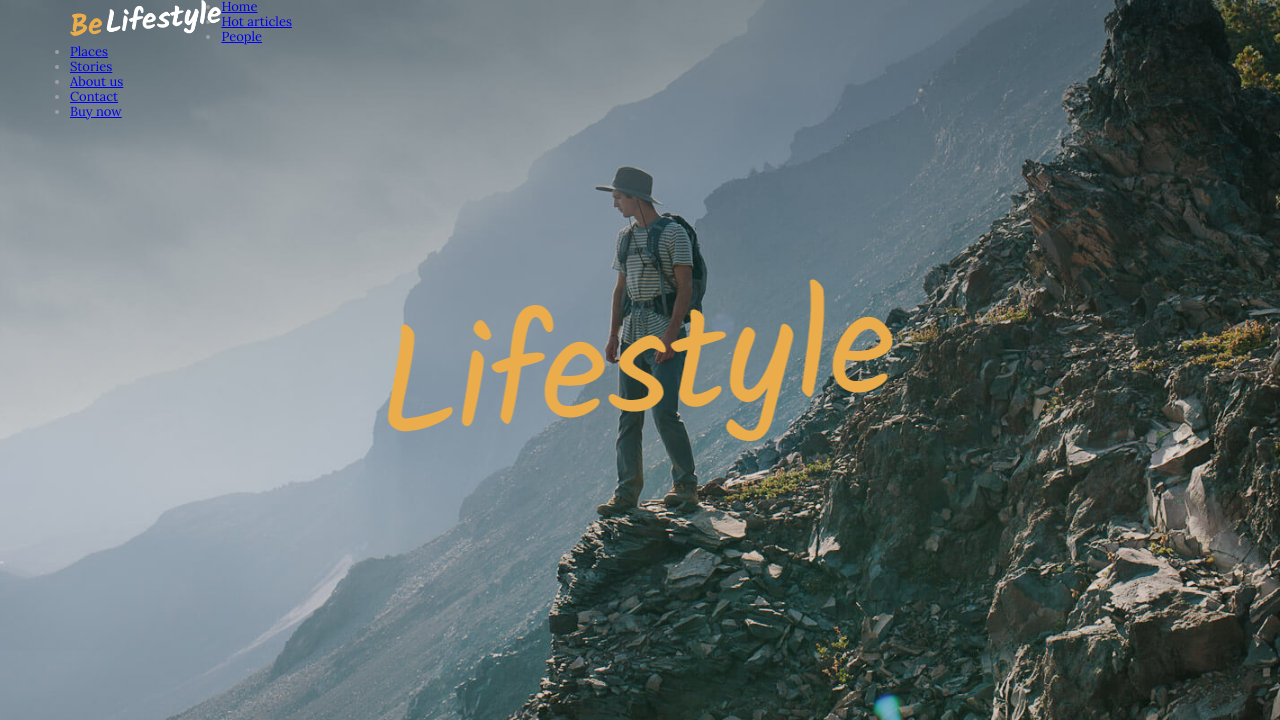
Repository: MalgorzataMazur/BeLife
Page: index.html
These files come from the project's save history. The page is drawn as it stood at one moment and after the next save; the edit follows.
The browser window is 1280 px wide. The pictures show the whole page.

Above is the page before, as saved 2019-10-30 11:27:15.

### index.html
<!DOCTYPE html>
<html lang="en-US">
<head>
    <link rel="stylesheet" href="vendors/css/normalize.css">
    <link rel="stylesheet" href="vendors/css/grid.css">
    <link rel="stylesheet" type="text/css" href="resources/css/style.css">
    <link href="https://fonts.googleapis.com/css?family=Lora:400,400i,700,700i&display=swap" rel="stylesheet">
    <title>BeLifestyle</title>
    <meta charset="UTF-8">
    <meta name="viewport" content="width=device-width, initial-scale=1.0">
    <meta http-equiv="X-UA-Compatible" content="ie=edge">
    <title>Document</title>
</head>
<body>
    <header>
        <nav>
            <div class="row">
                <img src="resources/img/retina-lifestyle.png" alt="BeLifestyle logo" class="logo">
                <ul class="main-nav">
                    <li><a href="#">Home</a></li>
                    <li><a href="#">Hot articles</a></li>
                    <li><a href="#">People</a></li>
                    <li><a href="#">Places</a></li>
                    <li><a href="#">Stories</a></li>
                    <li><a href="#">About us</a></li>
                    <li><a href="#">Contact</a></li>
                    <li><a href="#">Buy now</a></li>

                </ul>

            </div>
        </nav>
        <div class="hero-logo-box">
            <h1><img src="resources/css/img/home_lifestyle_slogan.png"></h1>
        </div>

    </header>



</body>
</html>

### resources/css/style.css
/* ---------BASIC SETUP---------- */
* {
    margin: 0;
    padding: 0;
    box-sizing: border-box;
}

html {
    color: #9d9fa0;
    font-family: "Lora", Arial, Tahoma, sans-serif;
    font-weight: 400;
    font-size: 13px;

}

/* ---------REAUSABLE COMPONENTS---------- */
.row {
    max-width: 1140px;
    margin: 0 auto;
}

/* ---------HEADINGS---------- */
h1 {
    margin: 0;
    position: absolute;
    left: 50%;
    top: 50%;
    transform: translate(-50%,-50%);
    width: 505px;
    height: 162px;

}

/* ---------HEADER---------- */
header {
    background-image:  url(img/home_lifestyle_blog_sectionbg1.jpg);
    background-size: cover;
    background-position: center;
    height: 100vh;
}

.hero-logo-box {
    width: 1140px;
}

.logo {
    height: 36px;
    width: auto;
    float: left;
}

Loaded but not shown: vendors/css/normalize.css (library); vendors/css/grid.css (library)

After the next save:
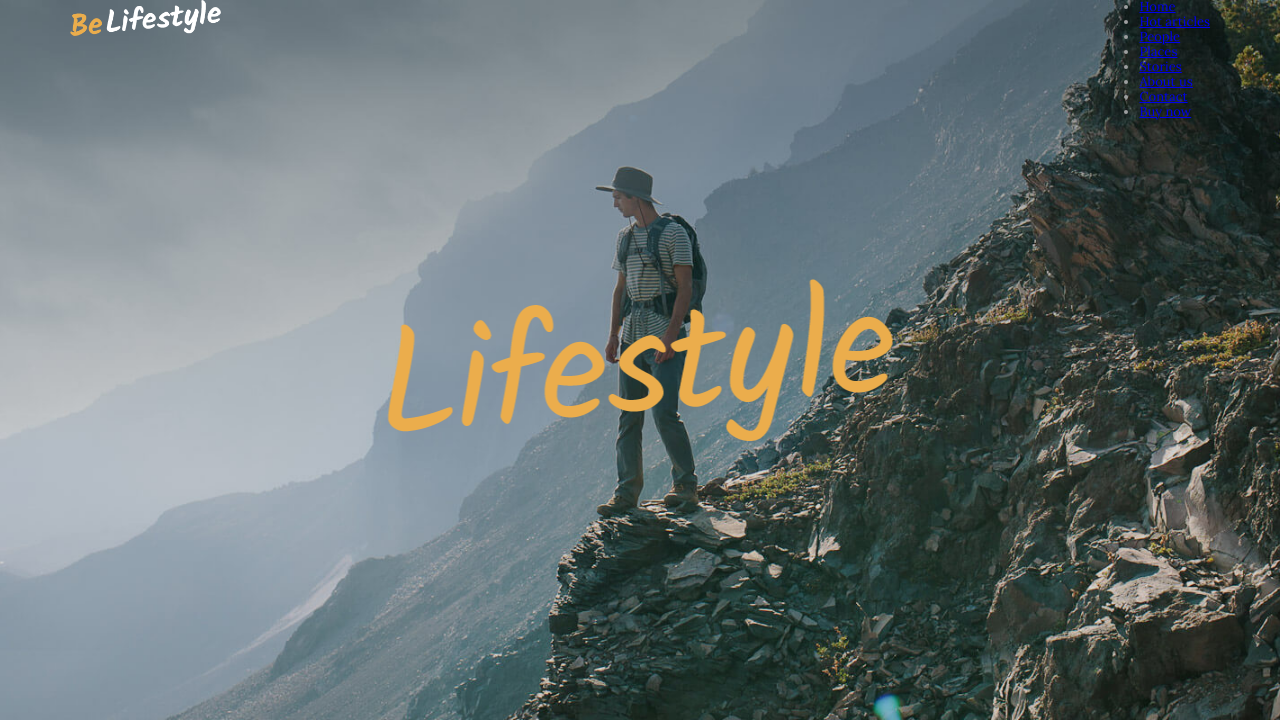
Saved 76 s later.
--- a/resources/css/style.css
+++ b/resources/css/style.css
@@ -48,3 +48,8 @@ header {
     width: auto;
     float: left;
 }
+
+.main-nav {
+    float: right;
+
+}
